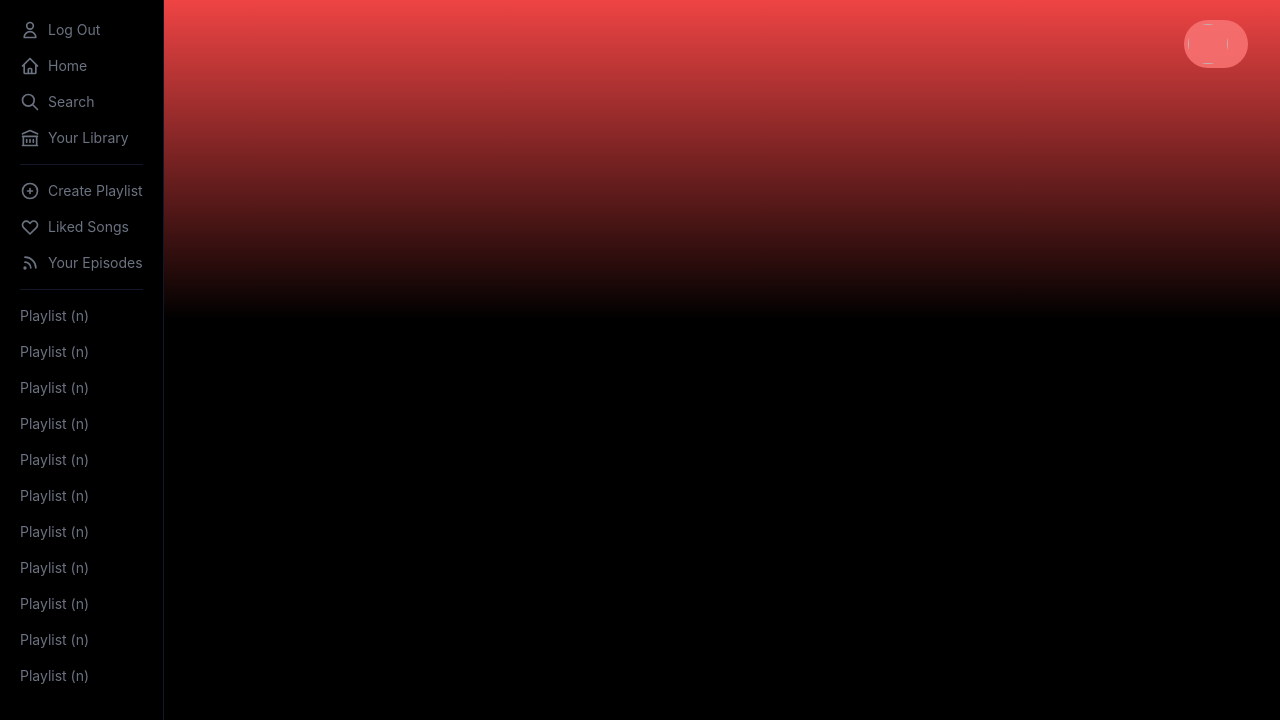
Repository: Delos-343/Spotify-2.0
Page: /
An editor plug-in stored every save of this project. The page is shown before and after the next save, followed by the edit.
The browser window is 1280 px wide. The pictures show the whole page.
The page's requests for data from a server got no answer. The project was rebuilt for these pictures with package versions that can differ from the ones it lists, and the page was loaded fresh each time. The framework's server and built-in components were replaced by stand-ins that run in the browser. No one was signed in, and anything a server would have sent is missing. Also part of the build but not shown: next.config.js.

Above is the page before, as saved 2022-04-11 20:46:11.

### pages/_app.js
import '../styles/globals.css'
import { SessionProvider } from 'next-auth/react'

function MyApp({ Component, pageProps: {session, ...pageProps} }) {
  return (
    <SessionProvider session={session}>
      <Component {...pageProps} />
    </SessionProvider>
  )
}

export default MyApp

### pages/index.js
import Head from 'next/head'
import Center from '../components/Center'
import Sidebar from '../components/Sidebar'

export default function Home() {
  return (
    <div className='bg-black h-screen overflow-hidden'>
      <Head>
        <title>Spotify 2.0 (Clone)</title>
        <meta name="description" content="Generated by create next app" />
        <link rel="icon" href="/favicon.ico" />
      </Head>

      <main className='flex'>
        <Sidebar />
        <Center />
      </main>

      <div> {/*   Player    */} </div>
    </div>
  )
}

### components/Center.jsx
import React from 'react'
import { useSession } from 'next-auth/react'

function Center() {

    const { data: session, status } = useSession()

  return (
    <div className='flex flex-grow'>
        <header className='absolute top-5 right-8'>
            <div className='flex items-center bg-red-400 space-x-3 opacity-90 hover:opacity-80 cursor-pointer rounded-full p-1 pr-2'>
                <img className='rounded-full w-10 h-10' src={session?.user.image} alt='' />
                <h2>{session?.user.name}</h2>
            </div>
        </header>
        <section className='flex items-end space-x-7 bg-gradient-to-b to-black from-red-500 h-80 text-white padding-8 w-full'>
            {/* <img src='' alt='' /> */}
        </section>
    </div>
  )
}

export default Center

### components/Sidebar.jsx
import React from 'react'
import { UserIcon, HomeIcon, SearchIcon, LibraryIcon, PlusCircleIcon, HeartIcon, RssIcon } from '@heroicons/react/outline'
import { signOut, useSession } from 'next-auth/react'

function Sidebar() {

    const { data: session, status } = useSession()

    console.log(session)

  return (
    <div className='text-gray-500 p-5 text-sm border-r border-gray-900 overflow-y-scroll scrollbar-hide h-screen'>
        <div className='space-y-4'>
        <button className='flex items-center space-x-2 hover:text-white' onClick={ () => signOut() }>
                <UserIcon className='h-5 w-5' />
                <p> Log Out </p>
            </button>
            <button className='flex items-center space-x-2 hover:text-white'>
                <HomeIcon className='h-5 w-5' />
                <p> Home </p>
            </button>
            <button className='flex items-center space-x-2 hover:text-white'>
                <SearchIcon className='h-5 w-5' />
                <p> Search </p>
            </button>
            <button className='flex items-center space-x-2 hover:text-white'>
                <LibraryIcon className='h-5 w-5' />
                <p> Your Library </p>
            </button>

            <hr className='border-t-[0.1px] border-gray-900' />

            <button className='flex items-center space-x-2 hover:text-white'>
                <PlusCircleIcon className='h-5 w-5' />
                <p> Create Playlist </p>
            </button>
            <button className='flex items-center space-x-2 hover:text-white'>
                <HeartIcon className='h-5 w-5' />
                <p> Liked Songs </p>
            </button>
            <button className='flex items-center space-x-2 hover:text-white'>
                <RssIcon className='h-5 w-5' />
                <p> Your Episodes </p>
            </button>

            <hr className='border-t-[0.1px] border-gray-900' />

            {/*     Playlist     */}
            <p className='cursor-pointer hover:text-white'> Playlist (n) </p>
            <p className='cursor-pointer hover:text-white'> Playlist (n) </p>
            <p className='cursor-pointer hover:text-white'> Playlist (n) </p>
            <p className='cursor-pointer hover:text-white'> Playlist (n) </p>
            <p className='cursor-pointer hover:text-white'> Playlist (n) </p>
            <p className='cursor-pointer hover:text-white'> Playlist (n) </p>
            <p className='cursor-pointer hover:text-white'> Playlist (n) </p>
            <p className='cursor-pointer hover:text-white'> Playlist (n) </p>
            <p className='cursor-pointer hover:text-white'> Playlist (n) </p>
            <p className='cursor-pointer hover:text-white'> Playlist (n) </p>
            <p className='cursor-pointer hover:text-white'> Playlist (n) </p>

        </div>
    </div>
  )
}

export default Sidebar

### tailwind.config.js
module.exports = {
  content: [
    "./pages/**/*.{js,ts,jsx,tsx}",
    "./components/**/*.{js,ts,jsx,tsx}",
  ],
  theme: {
    extend: {},
  },
  plugins: [
    require('tailwind-scrollbar-hide')
  ],
}

Loaded but not shown: styles/globals.css (common file)

After the next save:
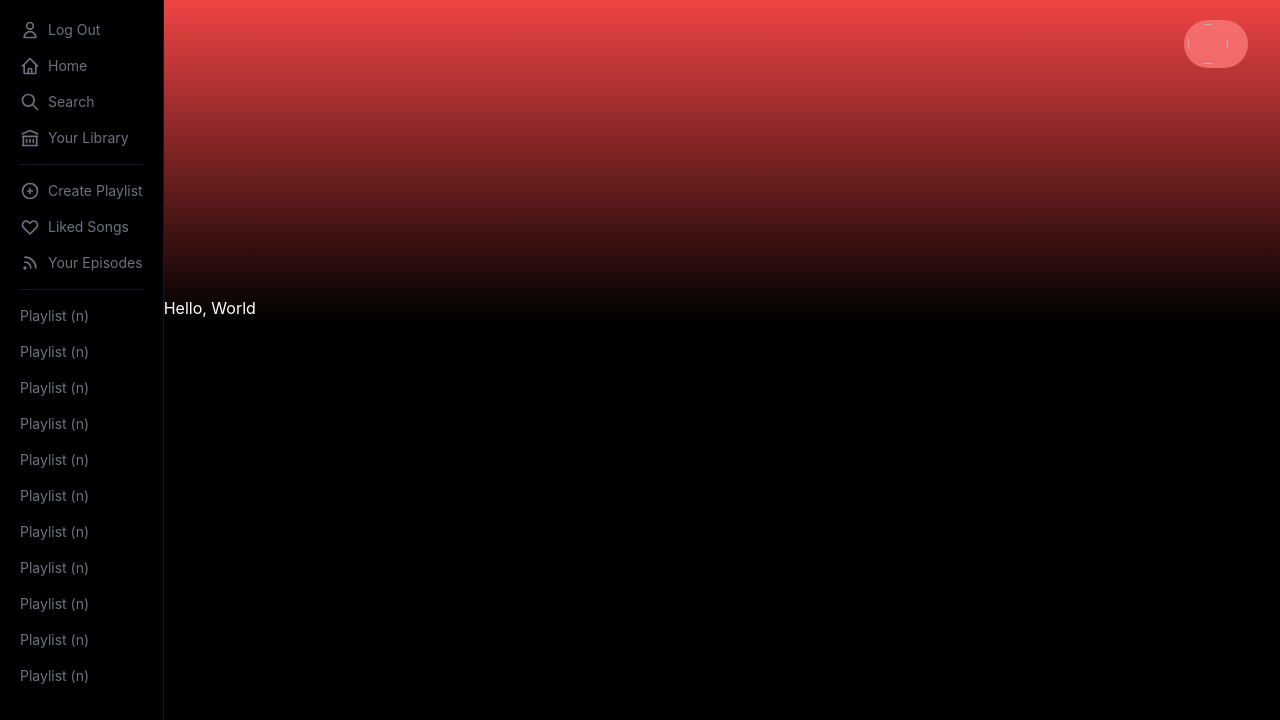
Saved 22 s later.
--- a/components/Center.jsx
+++ b/components/Center.jsx
@@ -15,6 +15,7 @@ function Center() {
         </header>
         <section className='flex items-end space-x-7 bg-gradient-to-b to-black from-red-500 h-80 text-white padding-8 w-full'>
             {/* <img src='' alt='' /> */}
+            <h1> Hello, World </h1>
         </section>
     </div>
   )
